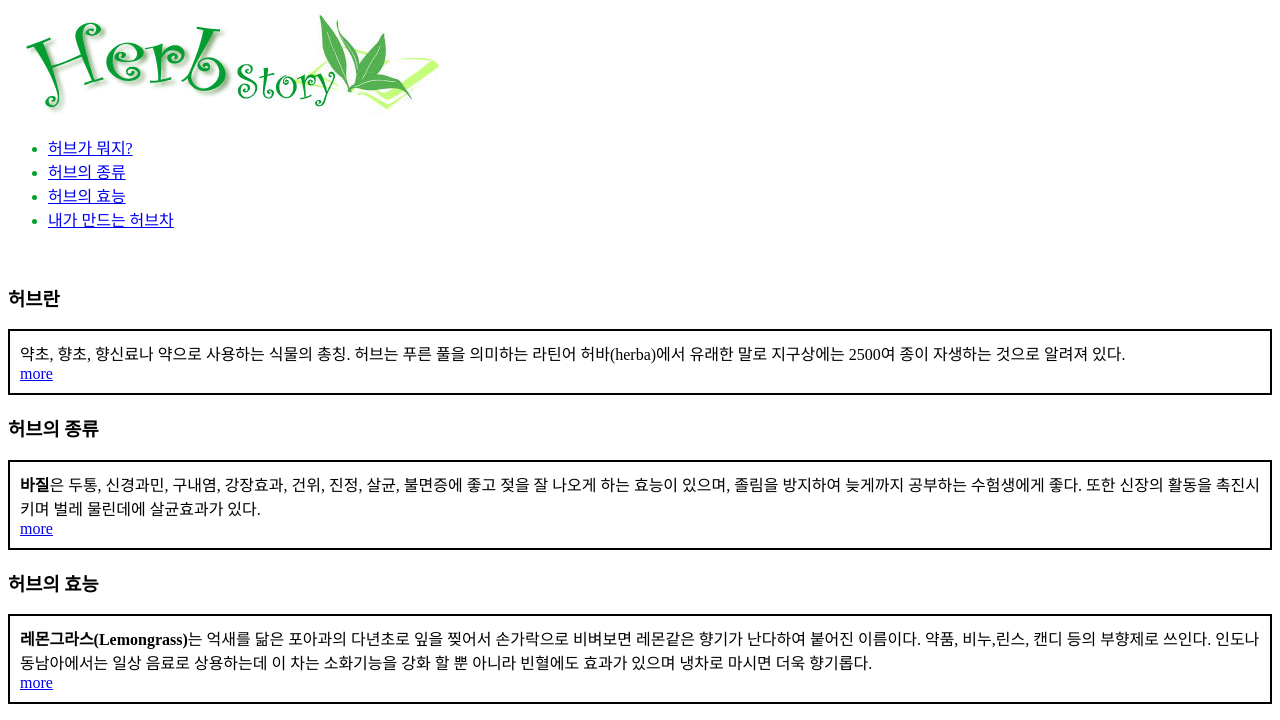
Repository: gus-123/Edu_KCC_HTML
Page: CSS/WebContent/menu.htm
The author's editor kept a copy of each file at every save. The page is drawn from the files as they stood at one save, then again after the next save.
The browser window is 1280 px wide. The pictures show the whole page.

Above is the page before, as saved 2024-07-09 06:31:29.

### CSS/WebContent/menu.htm
<!DOCTYPE HTML PUBLIC "-//W3C//DTD HTML 4.01//EN" "http://www.w3.org/TR/html4/strict.dtd">
<html>
<head>
<meta http-equiv="Content-Type" content="text/html; charset=UTF-8">
<title>Herb Story</title>
<style type="text/css">
ul {
	color: #00a22d;
	display: block;
}

.box {
	border: 2px solid;
	border-bottom-color: black;
}

p {
	padding: 10px;
}
</style>
</head>
<body>
	<a href="index_hor6.htm"><img src="images/herblogo.jpg" border="0"></a>
	<ul id="pipe">
		<li class="first"><a href="#">허브가 뭐지?</a></li>
		<li><a href="#">허브의 종류</a></li>
		<li><a href="#">허브의 효능</a></li>
		<li><a href="#">내가 만드는 허브차</a></li>
	</ul>
	<br>
	<h3>허브란</h3>
	<p class="box">
		약초, 향초, 향신료나 약으로 사용하는 식물의 총칭. 허브는 푸른 풀을 의미하는 라틴어 허바(herba)에서 유래한 말로
		지구상에는 2500여 종이 자생하는 것으로 알려져 있다.<br> <span class="more"><a
			href="#">more</a></span>
	</p>
	<h3>허브의 종류</h3>
	<p class="box">
		<strong>바질</strong>은 두통, 신경과민, 구내염, 강장효과, 건위, 진정, 살균, 불면증에 좋고 젖을 잘 나오게
		하는 효능이 있으며, 졸림을 방지하여 늦게까지 공부하는 수험생에게 좋다. 또한 신장의 활동을 촉진시키며 벌레 물린데에
		살균효과가 있다.<br> <span class="more"><a href="#">more</a></span>
	</p>
	<h3>허브의 효능</h3>
	<p class="box">
		<strong>레몬그라스(Lemongrass)</strong>는 억새를 닮은 포아과의 다년초로 잎을 찢어서 손가락으로 비벼보면
		레몬같은 향기가 난다하여 붙어진 이름이다. 약품, 비누,린스, 캔디 등의 부향제로 쓰인다. 인도나 동남아에서는 일상 음료로
		상용하는데 이 차는 소화기능을 강화 할 뿐 아니라 빈혈에도 효과가 있으며 냉차로 마시면 더욱 향기롭다.<br> <span
			class="more"><a href="#">more</a></span>
	</p>
</body>
</html>

After the next save:
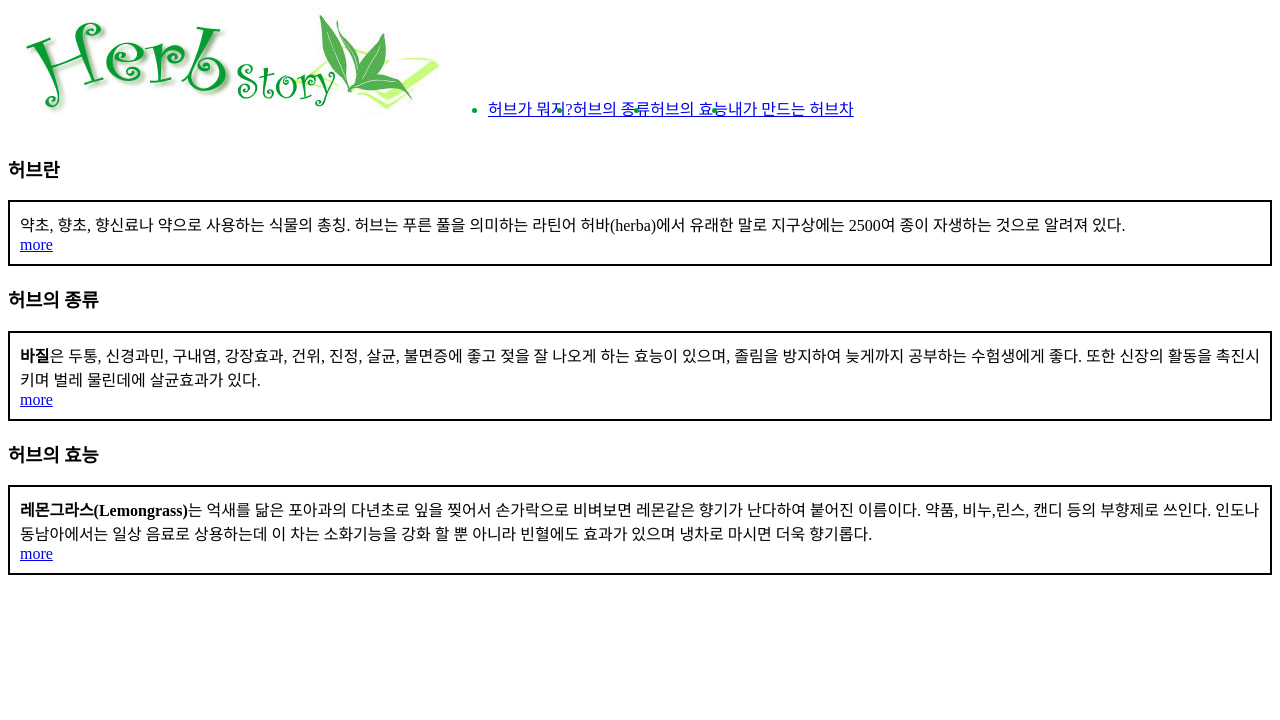
Saved 12 s later.
--- a/CSS/WebContent/menu.htm
+++ b/CSS/WebContent/menu.htm
@@ -6,7 +6,7 @@
 <style type="text/css">
 ul {
 	color: #00a22d;
-	display: block;
+	display: inline-flex;
 }
 
 .box {
